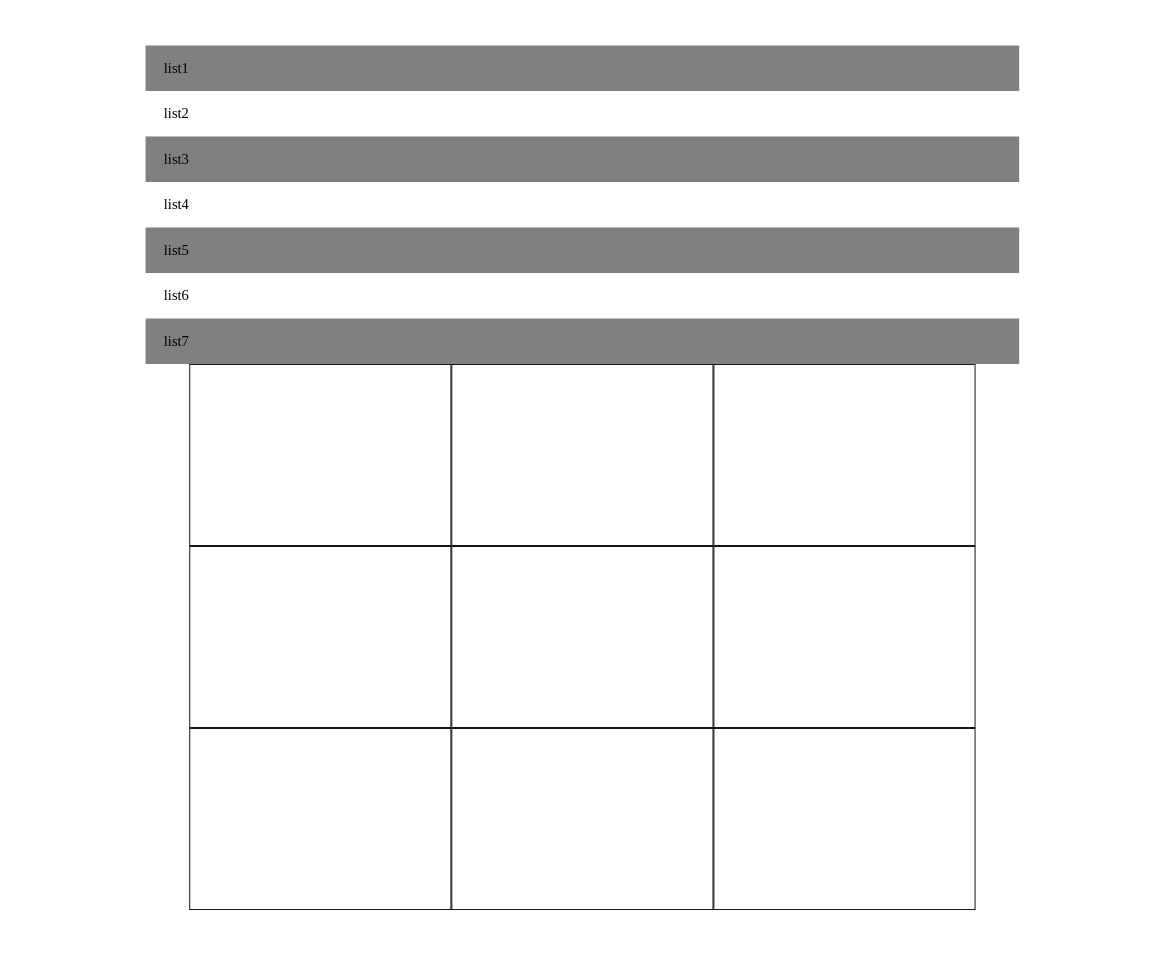
Repository: yukito7878/HTML-CSS-practice
Page: caravan/index8-practice.html
The author's editor kept a record of every edit. The page is drawn from the files as they stood at one moment, then again after the next edit.
The browser window is 1280 px wide. The pictures show the whole page, at 91% of full size.

Above is the page before.

### caravan/index8-practice.html
<!DOCTYPE html>
<html lang="ja">
  <head>
    <meta charset="UTF-8" />
    <!-- CSSファイルの読み込み -->
    <link rel="stylesheet" href="style8-practice.css" />
    <title>CARAVAN</title>
  </head>

  <body>

    <main class="big-block">
      <div class="list-block">
        <div class="list">list1</div>
        <div class="list">list2</div>
        <div class="list">list3</div>
        <div class="list">list4</div>
        <div class="list">list5</div>
        <div class="list">list6</div>
        <div class="list">list7</div>
      </div>
      <div class="color-blocks">
        <div class="a-color-block"></div>
        <div class="a-color-block"></div>
        <div class="a-color-block"></div>
      </div>
      <div class="color-blocks">
        <div class="a-color-block"></div>
        <div class="a-color-block"></div>
        <div class="a-color-block"></div>
      </div>
      <div class="color-blocks">
        <div class="a-color-block"></div>
        <div class="a-color-block"></div>
        <div class="a-color-block"></div>
      </div>

      </div>
    </main>

  </body>
</html>

### caravan/style8-practice.css
*{
  margin: 0;
  padding: 0;
  box-sizing: border-box;
}

.big-block{
  display: flex;
  flex-direction: column;
  width: 960px;
  margin: 50px auto;
}

.list-block{
  display: flex;
  flex-direction: column;
}

.list{
  height: 50px;
  width: 100%;
  display: flex;
  align-items: center;
  padding: 20px 20px;
}

.list:nth-child(odd){
  background-color: gray;
}

.big-color-block{
  margin-top: 50px;
}
.color-blocks{
  width: 960px;
  display: flex;
  justify-content: center;
}

.a-color-block{
  height: 200px;
  width: 30%;
  border: 1px solid black;
}

After the next edit:
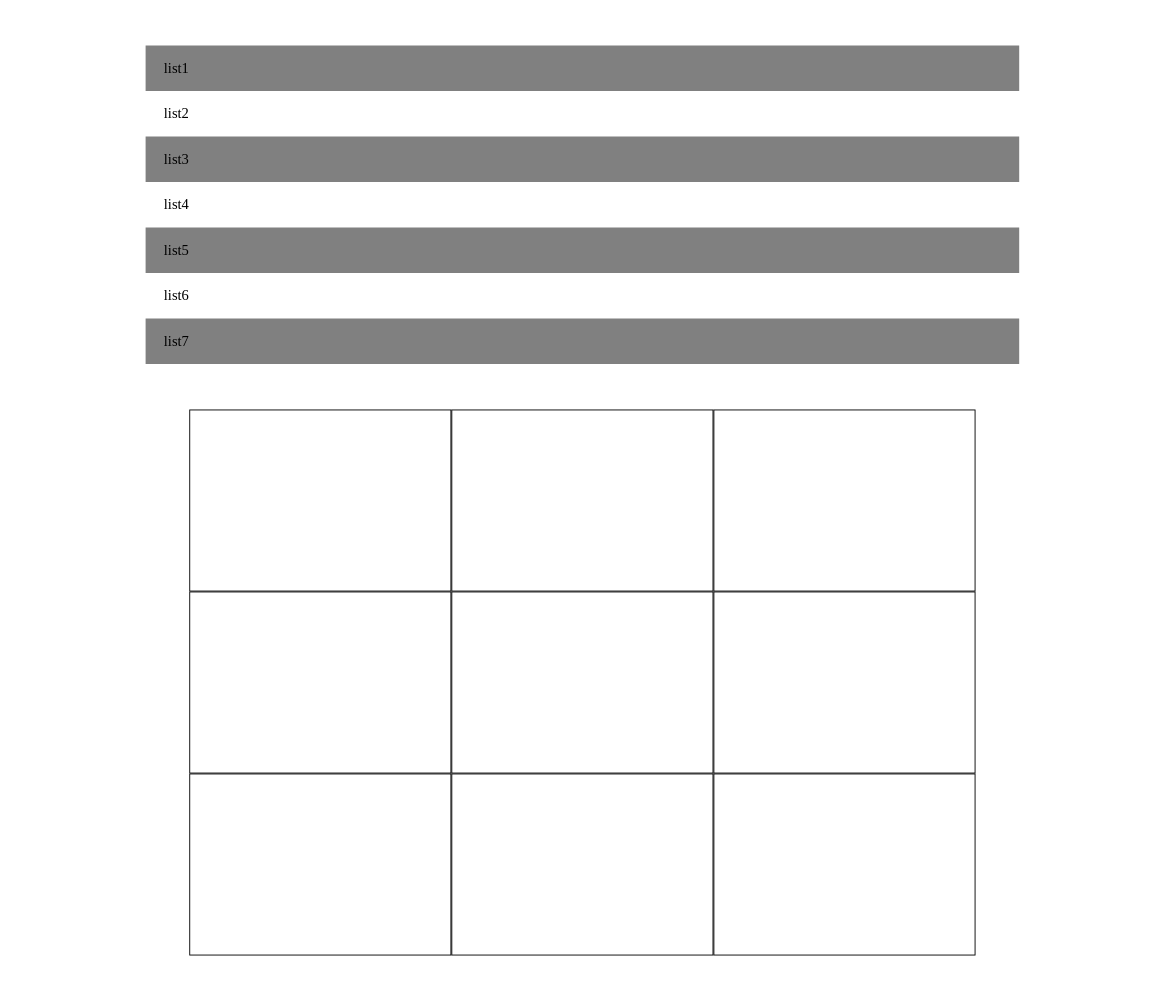
The edit:
--- a/caravan/index8-practice.html
+++ b/caravan/index8-practice.html
@@ -19,21 +19,22 @@
         <div class="list">list6</div>
         <div class="list">list7</div>
       </div>
-      <div class="color-blocks">
-        <div class="a-color-block"></div>
-        <div class="a-color-block"></div>
-        <div class="a-color-block"></div>
-      </div>
-      <div class="color-blocks">
-        <div class="a-color-block"></div>
-        <div class="a-color-block"></div>
-        <div class="a-color-block"></div>
-      </div>
-      <div class="color-blocks">
-        <div class="a-color-block"></div>
-        <div class="a-color-block"></div>
-        <div class="a-color-block"></div>
-      </div>
+      <div class="big-color-block">
+        <div class="color-blocks">
+          <div class="a-color-block"></div>
+          <div class="a-color-block"></div>
+          <div class="a-color-block"></div>
+        </div>
+        <div class="color-blocks">
+          <div class="a-color-block"></div>
+          <div class="a-color-block"></div>
+          <div class="a-color-block"></div>
+        </div>
+        <div class="color-blocks">
+          <div class="a-color-block"></div>
+          <div class="a-color-block"></div>
+          <div class="a-color-block"></div>
+        </div>
 
       </div>
     </main>
